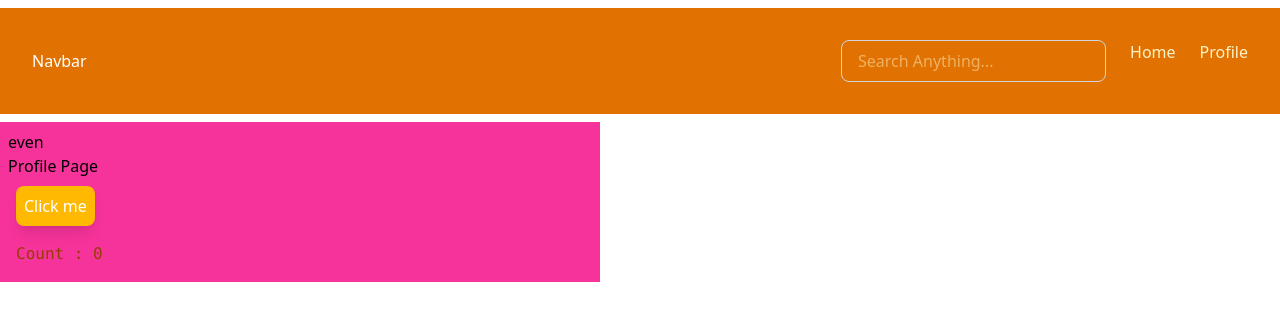
Repository: samit2059/CollegeReact
Page: / (app in react/collegereact/)
The author's editor kept a copy of each file at every save. The page is drawn from the files as they stood at one save, then again after a run of saves.
The browser window is 1280 px wide. The pictures show the whole page.
The project was rebuilt for these pictures with package versions that can differ from the ones it lists, and the page was loaded fresh each time. Also part of the build but not shown: react/collegereact/vite.config.js, react/collegereact/src/App.jsx, react/collegereact/src/navbar.jsx, react/collegereact/src/Props Example/First.jsx, react/collegereact/src/Props Example/Second.jsx.

Above is the page before, as saved 2026-01-21 11:06:18.

### react/collegereact/index.html
<!doctype html>
<html lang="en">
  <head>
    <meta charset="UTF-8" />
    <link rel="icon" type="image/svg+xml" href="/vite.svg" />
    <meta name="viewport" content="width=device-width, initial-scale=1.0" />
    <title>collegereact</title>
  </head>
  <body>
    <div id="root"></div>
    <script type="module" src="/src/main.jsx"></script>
  </body>
</html>

### react/collegereact/src/main.jsx
import { StrictMode } from "react";
import { createRoot } from "react-dom/client";
import "./index.css";
import App from "./App.jsx";
import Navbar from "./navbar.jsx";
import Nav1 from "./nav1.jsx";
import First from "./Props Example/First.jsx";
// import Profile from "./profile.jsx";
import Profile from "./StateExamples/profile.jsx";
import Second from "./Props Example/Second.jsx";
// import Home from './Home.jsx'
// import { Second } from './Home.jsx'

// let myObj = {
//   address: "ktm",
//   age: 23,
//   fullName: "rams"
// }
// let profile = {
//   username:"Samit Shrestha",
//   email:"shrestha@gmail.com",
//   age:18,
//   address:"Bhaktapur",
// };
createRoot(document.getElementById("root")).render(
  <StrictMode>
    {/* <Navbar /> */}
    <Nav1 />
    {/* <First address={"BKT"} age={33} fullName="motorcycle" /> */}
    {/* <First {...myObj} /> */}
    <Profile />
    {/* <App /> */}
    {/* <Second /> */}
    {/* <Home />   */}
  </StrictMode>
);

### react/collegereact/src/index.css
@import "tailwindcss";

/* in index.css (after tailwind layers) */
/* .tw-root .btn {
  @apply px-4 py-2 bg-blue-500 text-white rounded;
} */

### react/collegereact/src/nav1.jsx
import React from 'react';
import './navbar.css'

const Nav1 = () => {
  let handleProfile = (e) => {
    e.target.style.color = "red";
    e.target.style.backgroundColor = "black"
    console.log("profile clicked");
    console.log(e.target.style);
    /*
    let event ={
     target:{
        value:"Profile",
        style:{
            color:"red",
            backgroundColor:"black"
        }
     }
    } */
  }
  let handleChangeOnsearch = (e) => {
    console.log(e.target.value);
    // e.target.style.backgroundColor = "black"
    e.target.style.color = "red"
    let l = e.target.value;
    console.log(l.length);
    let random1 = Math.floor(Math.random() * 255);
    let random2 = Math.floor(Math.random() * 255);
    let random3 = Math.floor(Math.random() * 255);

    e.target.style.backgroundColor = `rgb(${random1}, ${random2}, ${random3})`
    console.log(random1);
    console.log(random2);
    console.log(random3);
  }
  return (
    <div className=' !p-8 !my-2 flex bg-amber-600 text-amber-100 justify-between items-center'>
      <h1 className='navelement'>Navbar</h1>
      <div className='menus flex gap-6'>
        <div className='max-w-md mx-auto '>
            <input placeholder='Search Anything...' onChange={handleChangeOnsearch} className='w-full px-4 py-2 border border-gray-300 rounded-lg focus:ring-2 focus:ring-blue-500 focus:border-transparent outline-none transition-all'/>
        </div>
        <h4 onClick={(e) => {
          console.log("home clicked");
          console.log(e.target);

        }}>Home</h4>
        <h4 onClick={handleProfile}>Profile</h4>
      </div>
    </div>
  )
}

export default Nav1

### react/collegereact/src/StateExamples/profile.jsx
import { useState } from "react"

let Profile = () =>{
    const [count, setCount] = useState(0);
    return (
        <div className="items-center justify-center ">
        <div className="p-2 bg-pink-500 w-[600px] items-center justify-center">
            {count%2 == 0 ? <h2>even</h2> : <h2>ODD</h2>}
            <h1>Profile Page</h1>
            <button onClick={() => setCount(count+1)} className="p-2 m-2 bg-amber-400 font-medium rounded-lg shadow-lg text-white">Click me</button>
            <p className="p-2 text-amber-800 font-mono ">Count : {count}</p>
        </div>
        </div>
    )
}

export default Profile

### react/collegereact/src/navbar.css


.navelement {
    color: white;
}

.navelement:hover {
    color: aliceblue;
}

.navbar {
    /* padding: 30px 20px; */
}

After the next 2 saves:
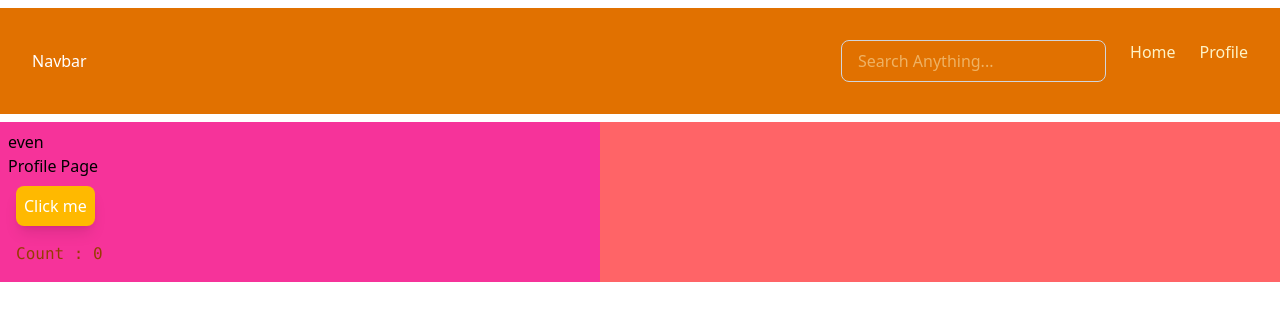
The 2 saves are shown as one change because they came seconds apart.
The last was saved 6 s later.
--- a/react/collegereact/src/StateExamples/profile.jsx
+++ b/react/collegereact/src/StateExamples/profile.jsx
@@ -3,7 +3,7 @@ import { useState } from "react"
 let Profile = () =>{
     const [count, setCount] = useState(0);
     return (
-        <div className="items-center justify-center ">
+        <div className="items-center justify-center bg-red-400">
         <div className="p-2 bg-pink-500 w-[600px] items-center justify-center">
             {count%2 == 0 ? <h2>even</h2> : <h2>ODD</h2>}
             <h1>Profile Page</h1>
